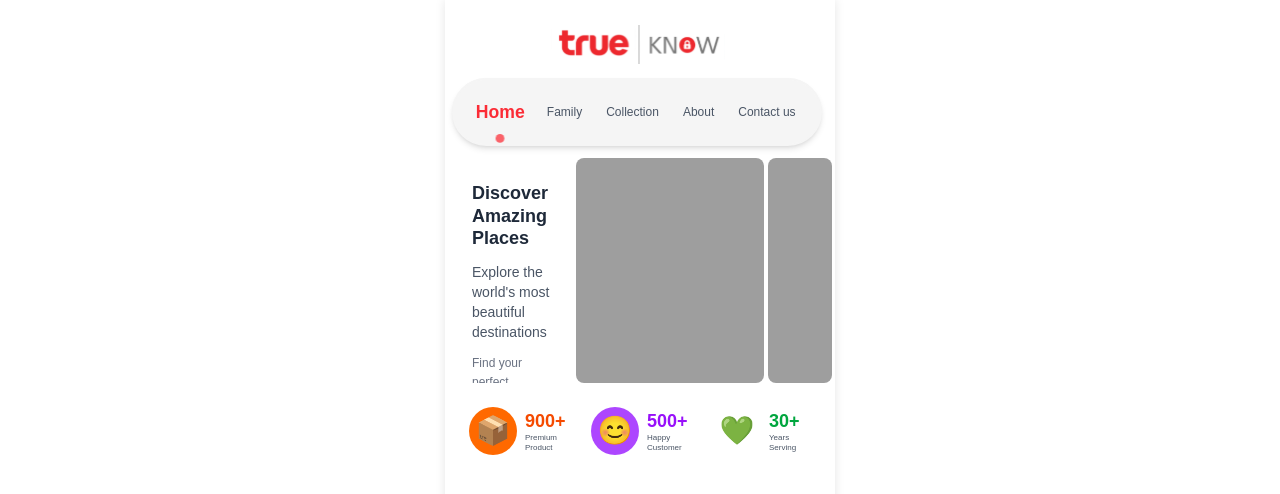
Repository: pasitgut/true-hackathon-frontend
Page: /
The author's editor kept a copy of each file at every save. The page is drawn from the files as they stood at one save, then again after the next save.
The browser window is 1280 px wide. The pictures show the whole page.
Pictures or frames that could not be fetched are drawn as grey boxes. The project was rebuilt for these pictures with package versions that can differ from the ones it lists, and the page was loaded fresh each time. The framework's server and built-in components were replaced by stand-ins that run in the browser. Also part of the build but not shown: next.config.mjs, src/components/CarouselSection.js.

Above is the page before, as saved 2025-08-09 04:12:50.

After the next save:
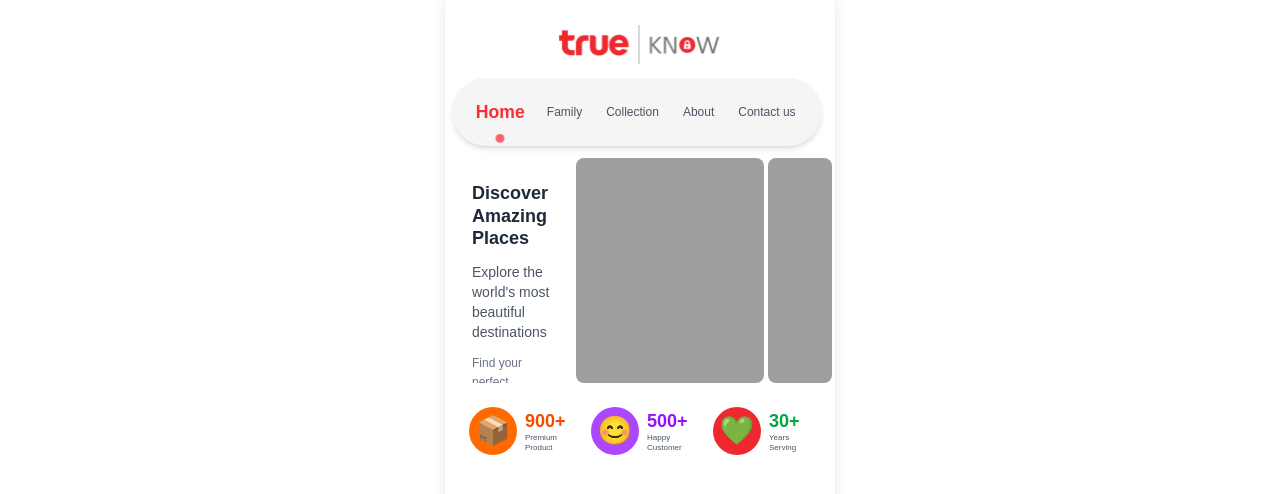
Saved 12 s later.
--- a/src/components/AnimatedStatsComponent.jsx
+++ b/src/components/AnimatedStatsComponent.jsx
@@ -89,7 +89,7 @@
           count={Math.floor(counts.years) + '+'}
           label="Years Serving"
           color="text-green-600"
-          bgColor="ED282E"
+          bgColor="bg-[#ED282E]"
         />
       </div>
     </div>
